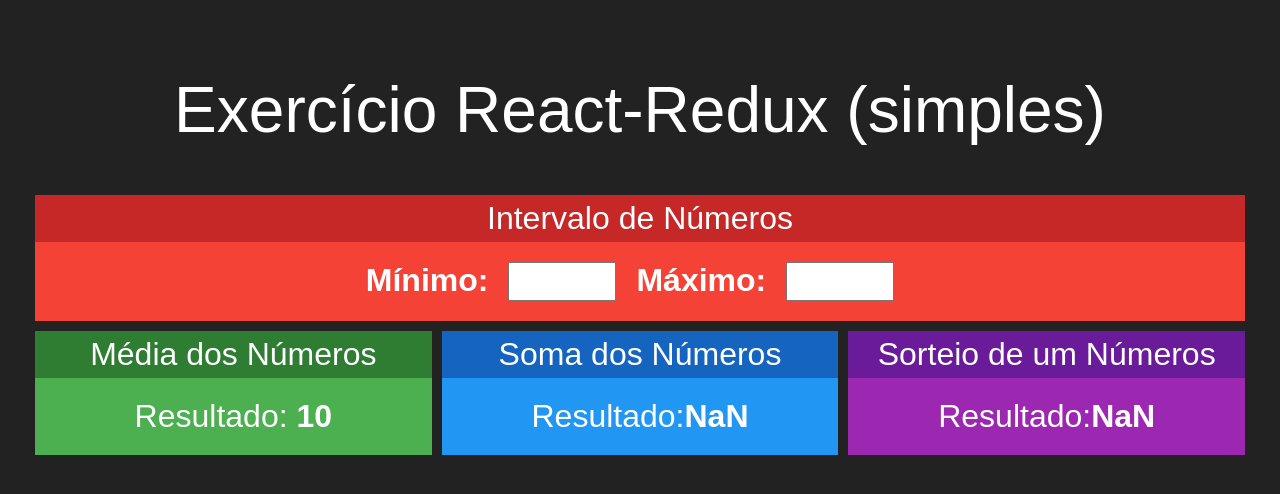
Repository: Henrique-Franca/Clear-Redux-Simples
Page: /
An editor plug-in stored every save of this project. The page is shown before and after the next save, followed by the edit.
The browser window is 1280 px wide. The pictures show the whole page.
The project was rebuilt for these pictures with package versions that can differ from the ones it lists, and the page was loaded fresh each time.

Above is the page before, as saved 2022-11-22 08:54:51.

### src/index.css
body{
  background-color: #222;
  font-size: 2rem;
  font-family: Arial, Helvetica, sans-serif;
  color: #fff;
  margin: 30px;
}

### src/App.js
import './App.css';
import React from 'react';

import Intervalo from './components/Intervalo';
import Media from './components/Media';
import Soma from './components/Soma';
import Sorteio from './components/Sorteio';

function App() {


  return (
    <div className="App">
      <h1>Exercício React-Redux (simples)</h1>

      <div className='linha'>
        <Intervalo ></Intervalo>
      </div>
      <div className='linha'>
        <Media></Media>
        <Soma></Soma>
        <Sorteio></Sorteio>
      </div>
    </div>
  );
}

export default App;

### src/components/Intervalo.jsx
import './Intervalo.css'
import React from 'react'

import Card from './Card'

export default props =>{


    return (
        <Card title='Intervalo de Números' red>
            <div className="Intervalo">
                <span>
                    <strong>Mínimo:</strong>
                    <input type="number"/>
                </span>
                <span>
                    <strong>Máximo:</strong>
                    <input type="number" />
                </span>
            </div>

        </Card>
    )

}

### src/components/Media.jsx
import React from 'react'

import Card from './Card'

export default props =>{

  return (
    <Card title="Média dos Números" green>
      <div>
        <span>
          <span>Resultado: </span>
          <strong>{10}</strong>
        </span>
      </div>
    </Card>
    )

}

### src/components/Soma.jsx
import React from 'react'

import Card from './Card'

export default props =>{

    const { min, max } = props;

    return (
        <Card title='Soma dos Números' blue>

            <div >
                <span>
                    <span>Resultado:</span>
                    <strong>{max + min}</strong>
                </span>

            </div>

        </Card>
    )

}

### src/components/Sorteio.jsx
import React from 'react'

import Card from './Card'

export default props =>{

    const { min, max } = props;
    const aleatorio = parseInt(Math.random() * (max - min)) + min

    return (
        <Card title='Sorteio de um Números' purple>

            <div >
                <span>
                    <span>Resultado:</span>
                    <strong>{aleatorio}</strong>
                </span>

            </div>

        </Card>
    )

}

### src/components/Intervalo.css
.Intervalo input{
    font-size: 1.8rem;
    margin-left: 20px;
    margin-right: 20px;
    width: 100px;
}

### src/components/Card.jsx
import './Card.css'
import React from 'react'

function getColor(props){
    if(props.red) return "Red"
    if(props.blue) return "Blue"
    if(props.green) return "Green"
    if(props.purple) return "Purple"
    return ""
}

export default props=>{

    return (
        <div className={`Card ${getColor(props)}`}>

            <div className="Header">
                <span className='Title'>{props.title}</span>
            </div>
            <div className='Content'>
                {props.children}
            </div>

        </div>
    )

}

### src/components/Card.css
.Card {
    flex: 1;
    display: flex;
    flex-direction: column;
    margin: 5px;
}

.Card .Header {
    display: flex;
    justify-content: center;
}

.Card .Header .Title {
    flex: 1;
    padding: 5px;
}

.Card .Content {
    padding: 20px;
}

.Card.Red .Header { color: #FFF; background-color: #c62828; }
.Card.Red .Content { background-color: #f44336; }

.Card.Green .Header { color: #FFF; background-color: #2e7d32; }
.Card.Green .Content { background-color: #4caf50; }

.Card.Blue .Header { color: #FFF; background-color: #1565c0; }
.Card.Blue .Content { background-color: #2196f3; }

.Card.Purple .Header { color: #FFF; background-color: #6A1B9A; }
.Card.Purple .Content { background-color: #9c27b0; }

Loaded but not shown: public/index.html (common file); src/index.js (common file); src/reportWebVitals.js (common file); src/App.css (common file)

After the next save:
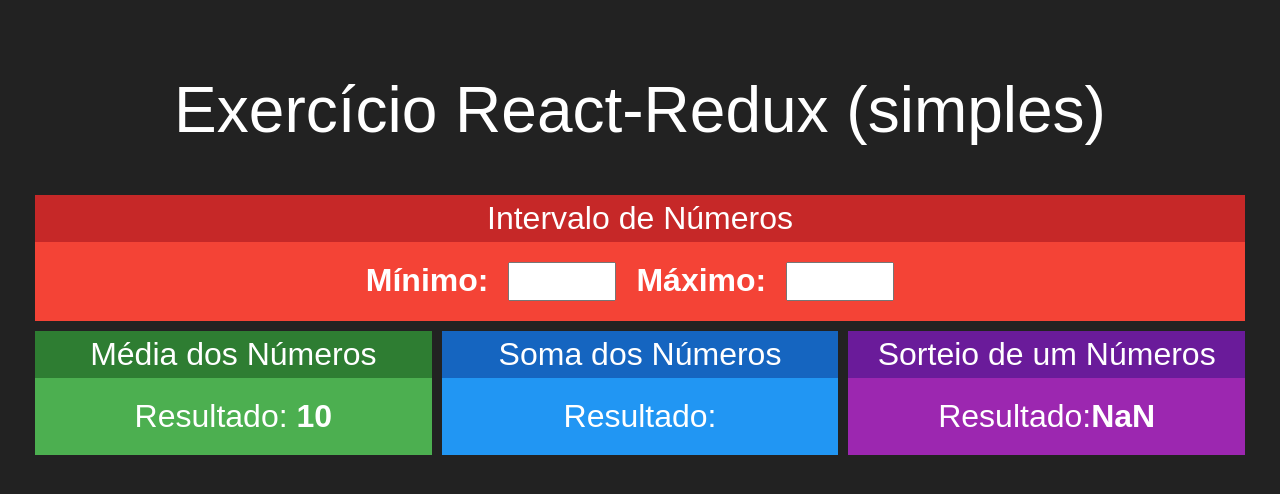
Saved 10 s later.
--- a/src/components/Soma.jsx
+++ b/src/components/Soma.jsx
@@ -3,8 +3,6 @@ import React from 'react'
 import Card from './Card'
 
 export default props =>{
-
-    const { min, max } = props;
 
     return (
         <Card title='Soma dos Números' blue>
@@ -12,7 +10,7 @@ export default props =>{
             <div >
                 <span>
                     <span>Resultado:</span>
-                    <strong>{max + min}</strong>
+                    <strong>{}</strong>
                 </span>
 
             </div>
